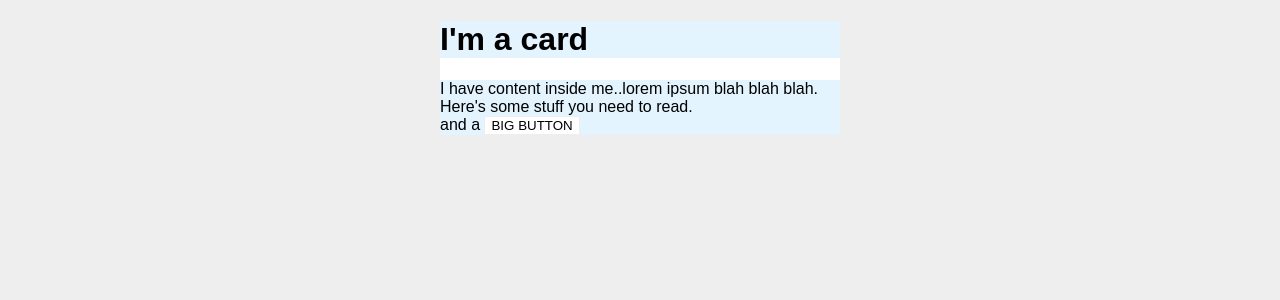
Repository: evemcd/odin_project
Page: 05-odin-css-margin-padding/02-margin-padding-2/index.html
An editor plug-in stored every save of this project. The page is shown before and after the next save, followed by the edit.
The browser window is 1280 px wide. The pictures show the whole page.

Above is the page before, as saved 2022-02-02 11:36:36.

After the next save:
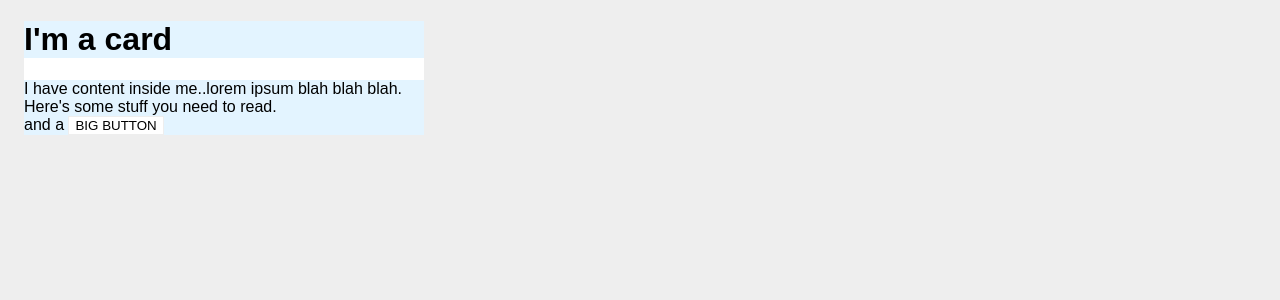
Saved 104 s later.
--- a/05-odin-css-margin-padding/02-margin-padding-2/style.css
+++ b/05-odin-css-margin-padding/02-margin-padding-2/style.css
@@ -6,7 +6,7 @@ body {
 .card {
     width: 400px;
     background: #fff;
-    margin: 16px auto;
+    margin: 16px;
 }
 
 .title {

After the save that followed:
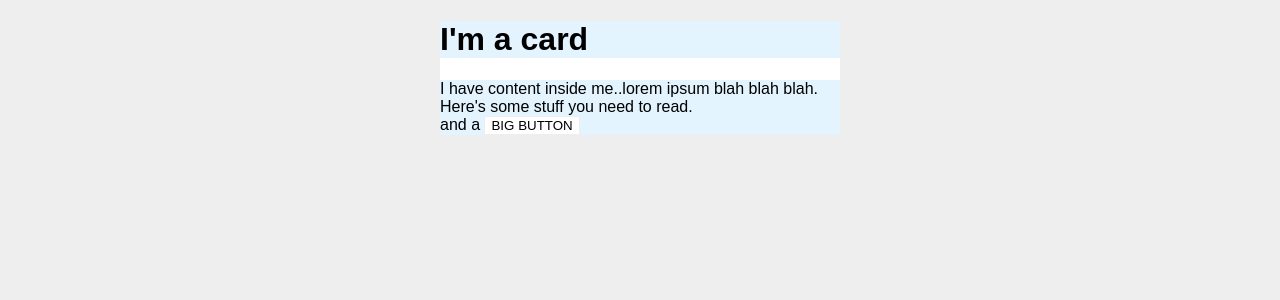
Saved 15 s later.
--- a/05-odin-css-margin-padding/02-margin-padding-2/style.css
+++ b/05-odin-css-margin-padding/02-margin-padding-2/style.css
@@ -6,7 +6,7 @@ body {
 .card {
     width: 400px;
     background: #fff;
-    margin: 16px;
+    margin: 16px auto;
 }
 
 .title {
